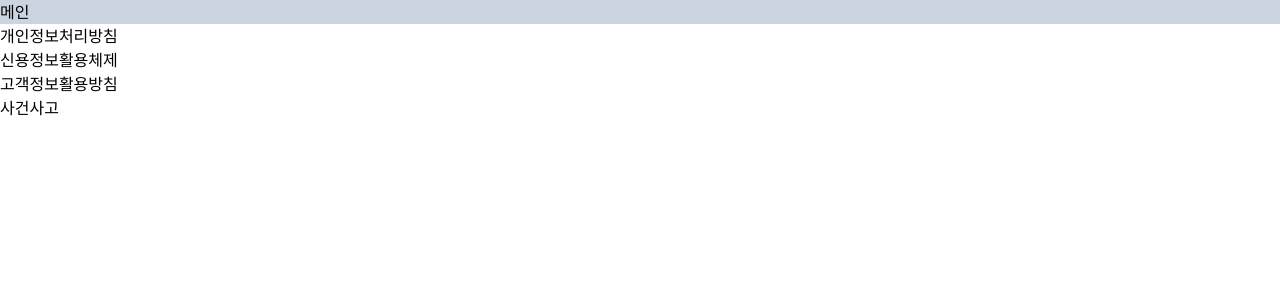
Repository: hanaTI-team-1/frontend
Page: /
The author's editor kept a copy of each file at every save. The page is drawn from the files as they stood at one save, then again after the next save.
The browser window is 1280 px wide. The pictures show the whole page.
The project was rebuilt for these pictures with package versions that can differ from the ones it lists, and the page was loaded fresh each time. Also part of the build but not shown: vite.config.js, src/App.css, src/components/Recommend.jsx, src/components/Protect.jsx.

Above is the page before, as saved 2024-07-11 20:11:23.

After the next save:
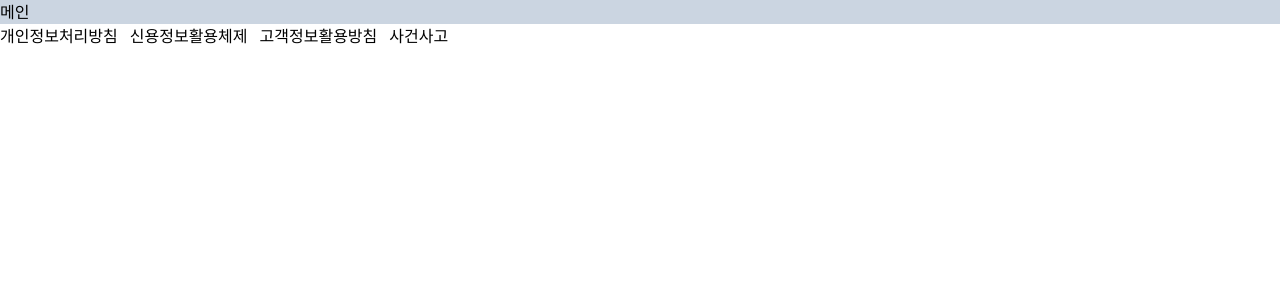
Saved 3 min 35 s later.
--- a/src/components/Footer.jsx
+++ b/src/components/Footer.jsx
@@ -2,7 +2,7 @@ export const Footer = () => {
   return <footer className='h-48'>
     <div>
       <nav>
-        <ul className=''>
+        <ul className='flex gap-3'>
           <li>개인정보처리방침</li>
           <li>신용정보활용체제</li>
           <li>고객정보활용방침</li>
